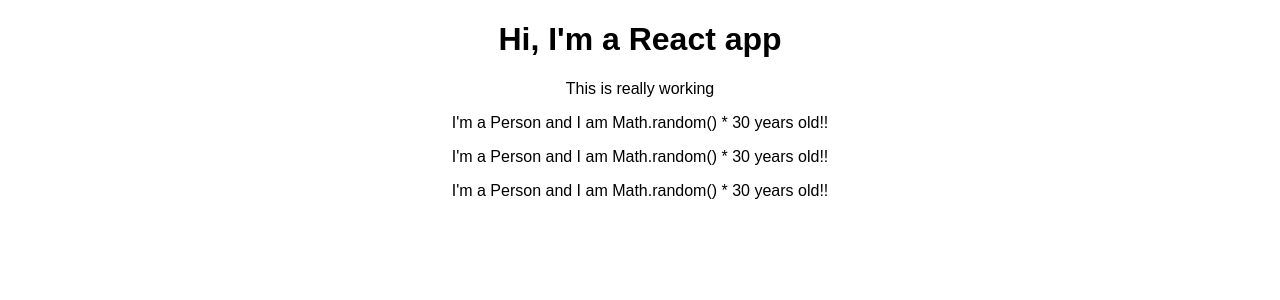
Repository: cristinadoroftei/FirstReactProject
Page: /
The author's editor kept a copy of each file at every save. The page is drawn from the files as they stood at one save, then again after a run of saves.
The browser window is 1280 px wide. The pictures show the whole page.
The project was rebuilt for these pictures with package versions that can differ from the ones it lists, and the page was loaded fresh each time.

Above is the page before, as saved 2020-07-08 09:40:33.

After the next 2 saves:
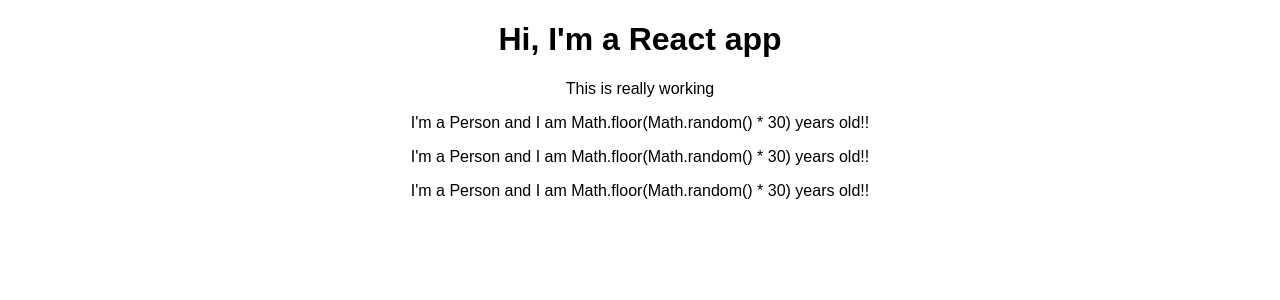
The 2 saves are shown as one change because they came seconds apart.
The last was saved 13 s later.
--- a/src/Person/Person.js
+++ b/src/Person/Person.js
@@ -2,7 +2,7 @@
 
 
 const person = () => {
-    return <p>I'm a Person and I am Math.random() * 30 years old!!</p>
+    return <p>I'm a Person and I am Math.floor(Math.random() * 30) years old!!</p>
 };
 
 
